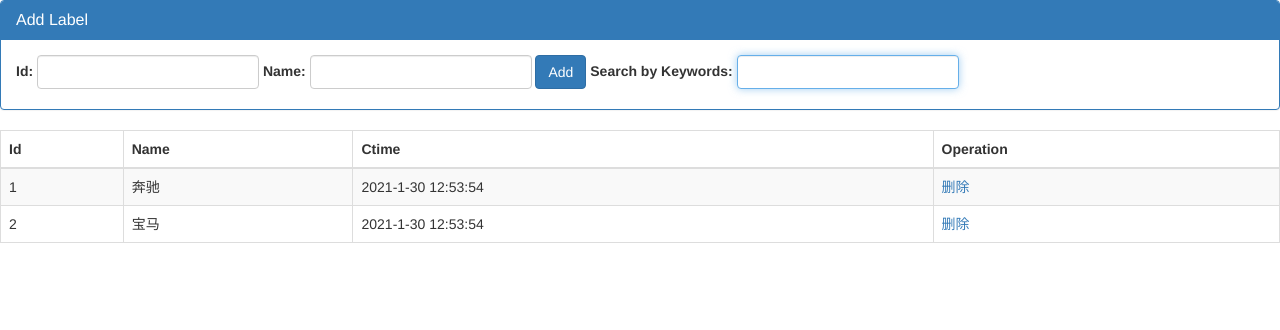
Repository: Devonzhang/FrontEnd
Page: VueStudyDay2/02品牌列表案例2.html
The author's editor kept a copy of each file at every save. The page is drawn from the files as they stood at one save, then again after the next save.
The browser window is 1280 px wide. The pictures show the whole page.

Above is the page before, as saved 2021-02-01 13:49:52.

### VueStudyDay2/02品牌列表案例2.html
<!DOCTYPE html>
<html lang="en">

<head>
    <meta charset="UTF-8">
    <meta name="viewport" content="width=device-width, initial-scale=1.0">
    <title>Document</title>
    <script src="lib/vue.js"></script>
    <link rel="stylesheet" href="lib/bootstrap.css">
    <!-- 需要JQuery？NO -->
</head>

<body>
    <div id="app">
        <div class="panel panel-primary">
            <div class="panel-heading">
                <h3 class="panel-title">Add Label</h3>

            </div>
            <div class="panel-body form-inline">
                <label>Id:
                    <input type="text" class="form-control" v-model="id" >
                </label>
                <label>Name:
                    <input type="text" class="form-control" v-model="name" @keyup.enter="add">
                    <!-- 在Vue中，使用事件绑定机制，为元素指定处理函数的时候，如果加了小括号，就可以给函数传参 -->
                </label>
                <input type="button" value="Add" class="btn btn-primary" @click="add()">
                <label>Search by Keywords:
                    <input type="text" class="form-control" v-model="keywords" id="search" v-focus v-color="'lightblue'">
                    <!-- Vue中所有指令调用时 都以 v- 开头 -->
                </label>
                <!-- <input type="button" value="Search" class="btn btn-primary" @click="add"> -->
            </div>
        </div>


        <table class="table table-bordered table-hover table-striped">
            <thead>
                <tr>
                    <th>Id</th>
                    <th>Name</th>
                    <th>Ctime</th>
                    <th>Operation</th>
                </tr>
            </thead>
            <tbody>
                <tr v-for="item in search(keywords)" :key="item.id">
                    <td v-text="item.id"></td>
                    <td v-text="item.name"></td>
                    <td>{{item.ctime | dateFormat('')}}</td>
                    <td>
                        <a href="" @click.prevent="del(item.id)">删除</a>
                    </td>
                </tr>
            </tbody>
        </table>

    </div>


    <div id="app2">
        <h3 v-fontweight="900" v-color="'pink'" v-fontsize="'30">
            {{dt | dateFormat}}
        </h3>



    </div>
    <script>
        //全局过滤器 对所有vm实例共享
        Vue.filter('dateFormat', function(dateStr, pattern = "") {
            //根据给定的时间字符串得到特定的时间
            var dt = new Date(dateStr)
                //yyyy-mm-dd
            var y = dt.getFullYear()
            var m = dt.getMonth() + 1
            var d = dt.getDate()




            if (pattern.toLowerCase() == 'yyyy-mm-dd') {
                return `${y}-${m}-${d}`
            } else {
                var hh = dt.getHours()
                var mm = dt.getMinutes()
                var ss = dt.getSeconds()
                return `${y}-${m}-${d} ${hh}:${mm}:${ss}`
            }
        })

        //自定义全局按键修饰符
        Vue.config.keyCodes.f2 = 113

        //自定义全局指令，使用 Vue.directives
        //其中参数1：指令的名称，注意在定义的时候指令的名称前面，不需要加v-前缀，
        //但是在调用的时候，必须在指令名称前加 v- 前缀
        //参数2：是一个对象，这个对象身上有一些指令相关的函数，这些函数可以在特定的阶段，执行相关的操作
        Vue.directive('focus', {
            bind: function(el) { //每当指令绑定到元素上的时候，会立即执行这个bind函数，只执行一次
                //注意，在每个函数中，第一个参数永远是el，表示被绑定了指令的那个元素，这个el元素是一个原生的JS对象
                //在元素刚绑定了指令的时候，还没有插入到DOM中去，这时候调用focus方法没有作用
                //因为一个元素只有插入DOM之后，才能获取焦点
                //el.focus()
            },
            inserted: function(el) { //inserted表示元素插入到DOM中的时候会执行inserted函数【触发一次】
                el.focus()
            },
            updated: function() { //当VNode更新的时候，会执行updated，可能会触发多次

            }
        })

        //为什么此处 bind 可以使用
        //样式只要通过指令绑定给元素，不管元素有没有被插入到页面中去，这个元素肯定有了一个内联的样式
        //将来元素肯定会显示到页面中，这时候浏览器的渲染引擎，必然会解析央视应用给这个元素
        //但是内存中的焦点是没有意义的，只有渲染到页面后，焦点才有意义
        //和JS行为有关的操作，最好在inserted中执行，防止JS行为不生效

        Vue.directive('color', {
            bind: function(el, binding) {
                //自定义改变字体颜色
                //和样式相关的操作，一般都可以在bind中执行
                el.style.color = binding.value
                    //binding.value 拿到的是 blue
                    //binding.expression 拿到的是 'blue'

            },

        })

        var vm = new Vue({
            el: '#app',
            data: {
                id: '',
                name: '',
                keywords: '',
                list: [{
                    id: 1,
                    name: '奔驰',
                    ctime: new Date()
                }, {
                    id: 2,
                    name: '宝马',
                    ctime: new Date()
                }]

            },
            methods: {
                add() {
                    this.list.push({
                        id: this.id,
                        name: this.name,
                        ctime: new Date()
                    })
                    this.id = this.name = ''
                },
                del(id) {
                    //1. 根据Id找到需要删除的索引
                    //2. 找到索引后，调用splice方法
                    // this.list.some((item, i) => {
                    //     //数组some方法中 使用return true会立即终止数组的后续循环
                    //     if (item.id == id) {
                    //         this.list.splice(i, 1)
                    //         return true;
                    //     }
                    // })
                    //some可以进行操作，findIndex只查找index
                    var index = this.list.findIndex(item => {
                        if (item.id == id) {
                            return true;
                        }
                    })
                    this.list.splice(index, 1)




                },
                search(keywords) { //根据关键词数据搜索
                    //var newlist = []

                    //findindex方法
                    // this.list.forEach(item => {
                    //     if (item.name.indexOf(keywords) != -1) {
                    //         newlist.push(item)
                    //     }
                    // })

                    //foreach some filter findIndex都是属于数组的新方法
                    //都会对数组中的每一项进行遍历，执行相关操作
                    var newList = this.list.filter(item => {
                        //if(item.name.indexOf(keywords)!=-1)
                        //ES6中为字符串提供了新方法，叫做 String.prototype.includes('要包含的字符串')
                        //包含返回true 否则返回false
                        if (item.name.includes(keywords)) {
                            return item

                        }

                    })


                    return newList

                }

            }
        })


        //如何定义私有过滤器
        var vm2 = new Vue({
                el: '#app2',
                data: {
                    dt: new Date()

                },
                methods: {

                },
                //过滤器对象
                filters: { //定义私有过滤器，过滤器有两个条件，名称和处理函数
                    //过滤器调用的时候采用就近原则，如果私有过滤器和全局过滤器名称一致，优先调用私有过滤器
                    dateFormat: function(dateStr, pattern = '') {
                        var dt = new Date(dateStr)
                            //yyyy-mm-dd
                        var y = dt.getFullYear()
                        var m = (dt.getMonth() + 1).toString().padStart(2, '0')
                        var d = (dt.getDate()).toString().padStart(2, '0')




                        if (pattern.toLowerCase() == 'yyyy-mm-dd') {
                            return `${y}-${m}-${d}`
                        } else {
                            var hh = (dt.getHours()).toString().padStart(2, '0')
                            var mm = (dt.getMinutes()).toString().padStart(2, '0')
                            var ss = (dt.getSeconds()).toString().padStart(2, '0')
                            return `${y}-${m}-${d} ${hh}:${mm}:${ss} ~~`
                        }

                    }
                },

                directives: { //自定义私有指令
                    'fontweight': { //设置字体粗细
                        bind: function(el, binding) {
                            el.style.fontWeight = binding.value
                        }
                    },
                    //设置字体大小
                    'fontsize': function(el, binding) { //注意 这个function等于把代码写入bind和update中去
                        el.style.fontSize = parseInt(binding.value) + 'px'

                    }

                }
            })
            // document.getElementById('search').focus()
    </script>

</body>

</html>

Loaded but not shown: VueStudyDay2/lib/vue.js (library); VueStudyDay2/lib/bootstrap.css (library)

After the next save:
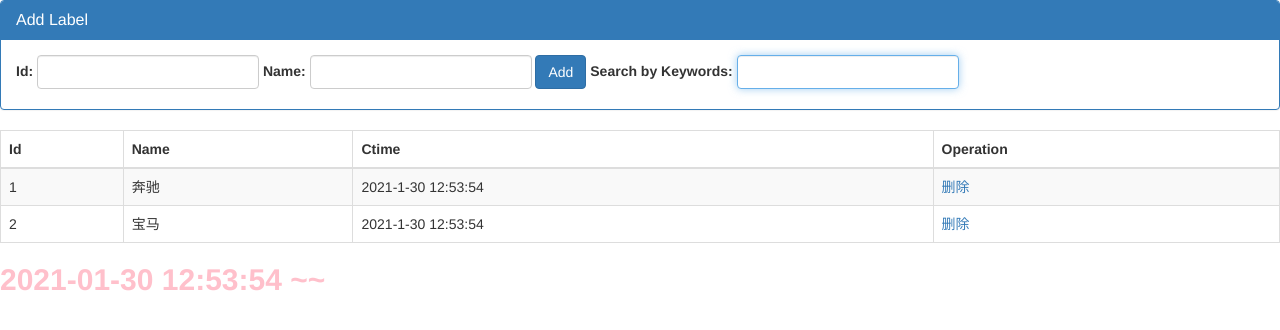
Saved 74 s later.
--- a/VueStudyDay2/02品牌列表案例2.html
+++ b/VueStudyDay2/02品牌列表案例2.html
@@ -60,7 +60,7 @@
 
 
     <div id="app2">
-        <h3 v-fontweight="900" v-color="'pink'" v-fontsize="'30">
+        <h3 v-fontweight="900" v-color="'pink'" v-fontsize="'30px'">
             {{dt | dateFormat}}
         </h3>
 
